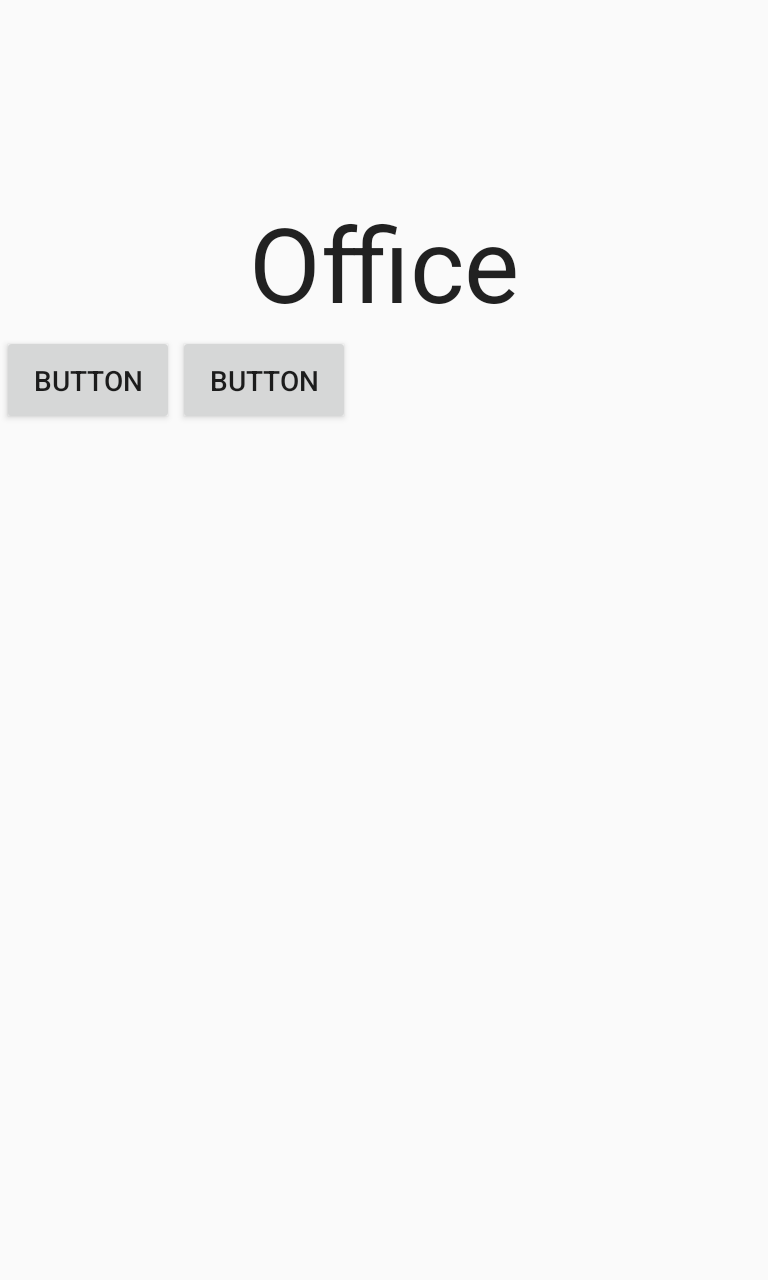
Repository: hessfr/contextRecognition
Layout: androidProjects/ContextRecognition/res/layout/activity_main.xml
These files come from the project's save history. The layout is drawn as it stood at one moment and after the next save; the edit follows.
It is drawn on a 768 x 1280 px phone screen (xhdpi) without system bars, with theme AppTheme; the app's code is not run.

Above is the layout before, as saved 2014-05-30 07:12:51.

### androidProjects/ContextRecognition/res/layout/activity_main.xml
<LinearLayout xmlns:android="http://schemas.android.com/apk/res/android"
    xmlns:tools="http://schemas.android.com/tools"
    android:id="@+id/container"
    android:layout_width="match_parent"
    android:layout_height="match_parent"
    android:orientation="vertical"
    tools:context="com.example.contextrecognition.MainActivity"
    tools:ignore="MergeRootFrame" >

    <RelativeLayout
        android:layout_width="match_parent"
        android:layout_height="263dp" >

        <TextView
            android:id="@+id/textView1"
            android:layout_width="wrap_content"
            android:layout_height="wrap_content"
            android:layout_centerInParent="true"
            android:text="Office"
            android:textAppearance="?android:attr/textAppearanceLarge"
            android:textSize="52sp" />

            <LinearLayout
	        android:layout_width="wrap_content"
	        android:layout_height="wrap_content"
	        android:orientation="horizontal"
	        android:layout_centerHorizontal="True"
	        android:layout_below="@+id/textView1" >

                <Button
	                android:id="@+id/button2"
	                android:layout_width="wrap_content"
	                android:layout_height="wrap_content"
	                android:layout_alignParentRight="true"
	                android:layout_alignParentTop="true"
	                android:text="Button" />

            	<Button
	                android:id="@+id/button2"
	                android:layout_width="wrap_content"
	                android:layout_height="wrap_content"
	                android:layout_alignParentLeft="true"
	                android:layout_alignParentTop="true"
	                android:text="Button" />

	    	</LinearLayout>

    </RelativeLayout>



</LinearLayout>

Loaded but not shown: androidProjects/ContextRecognition/res/values/styles.xml (common file); androidProjects/ContextRecognition/res/values-v11/styles.xml (common file); androidProjects/ContextRecognition/res/values-v14/styles.xml (common file)

After the next save:
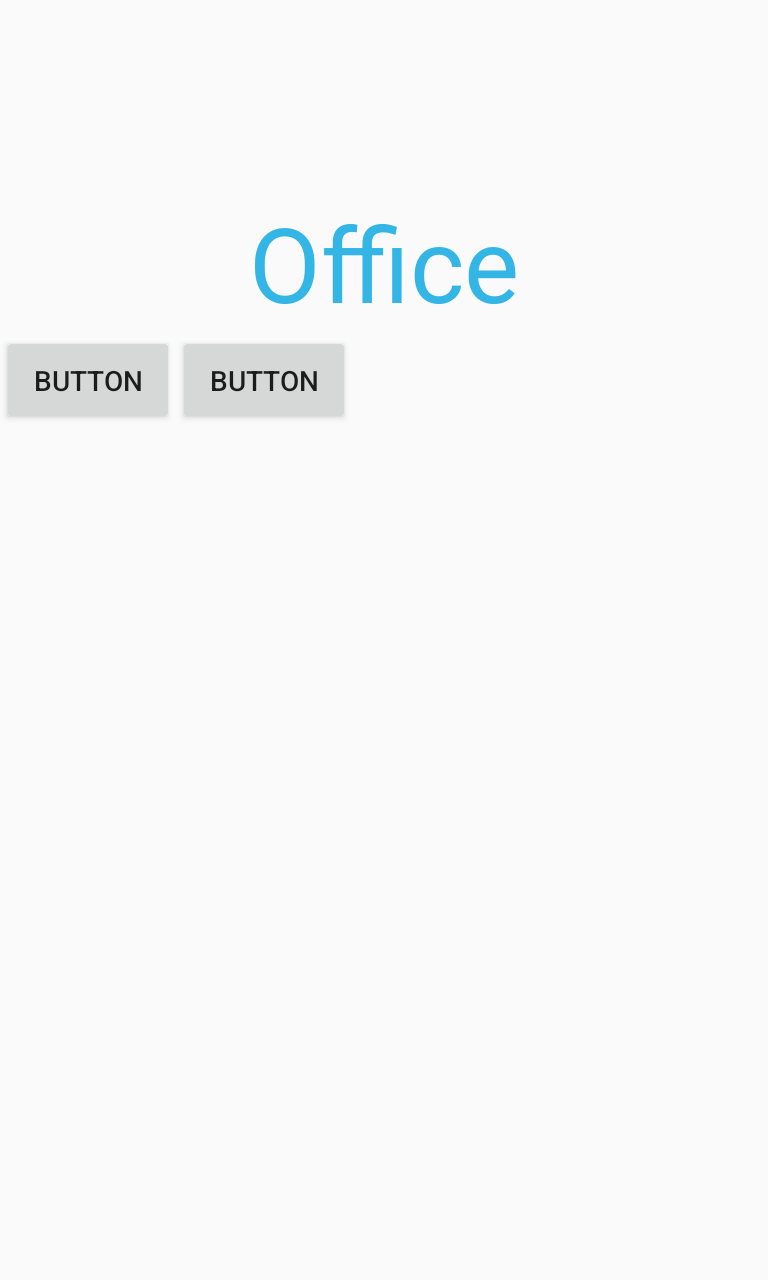
Saved 66 s later.
--- a/androidProjects/ContextRecognition/res/layout/activity_main.xml
+++ b/androidProjects/ContextRecognition/res/layout/activity_main.xml
@@ -16,6 +16,7 @@
             android:layout_width="wrap_content"
             android:layout_height="wrap_content"
             android:layout_centerInParent="true"
+            android:textColor="@android:color/holo_blue_light"
             android:text="Office"
             android:textAppearance="?android:attr/textAppearanceLarge"
             android:textSize="52sp" />

After the save that followed:
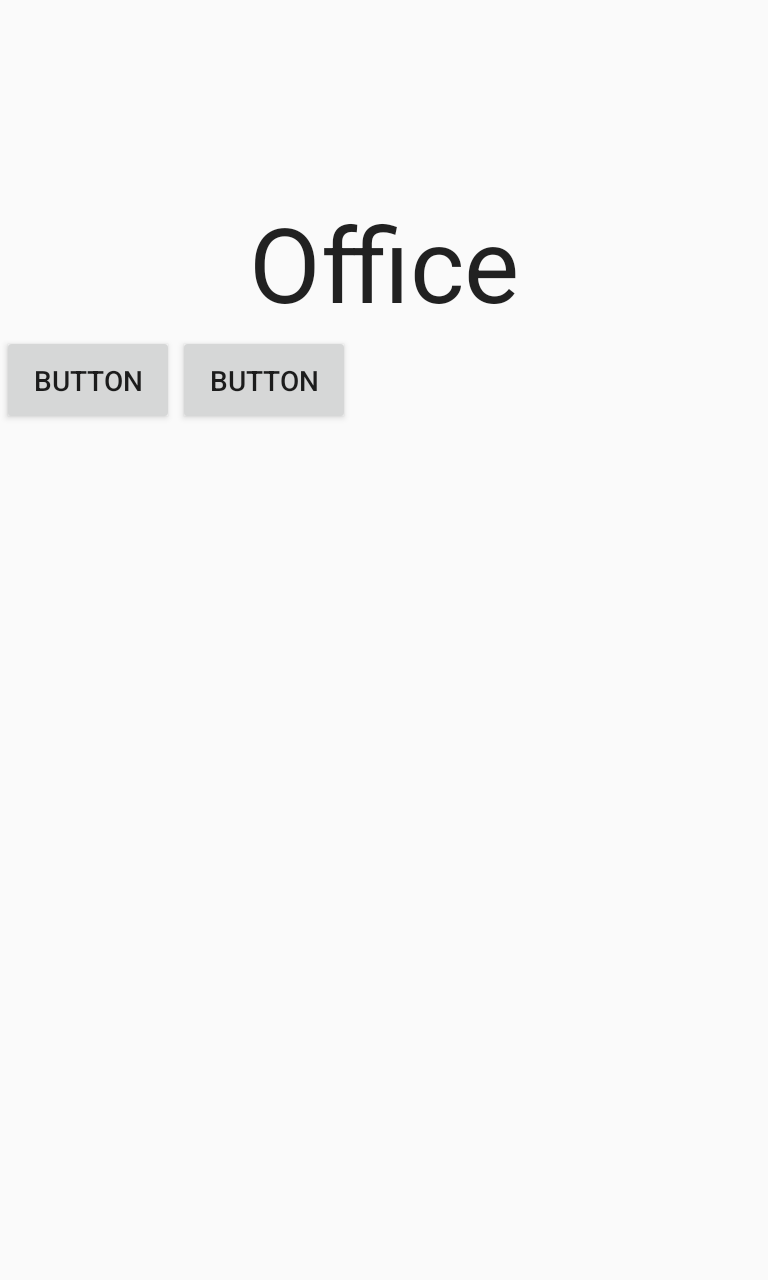
Saved 10 s later.
--- a/androidProjects/ContextRecognition/res/layout/activity_main.xml
+++ b/androidProjects/ContextRecognition/res/layout/activity_main.xml
@@ -16,7 +16,6 @@
             android:layout_width="wrap_content"
             android:layout_height="wrap_content"
             android:layout_centerInParent="true"
-            android:textColor="@android:color/holo_blue_light"
             android:text="Office"
             android:textAppearance="?android:attr/textAppearanceLarge"
             android:textSize="52sp" />
